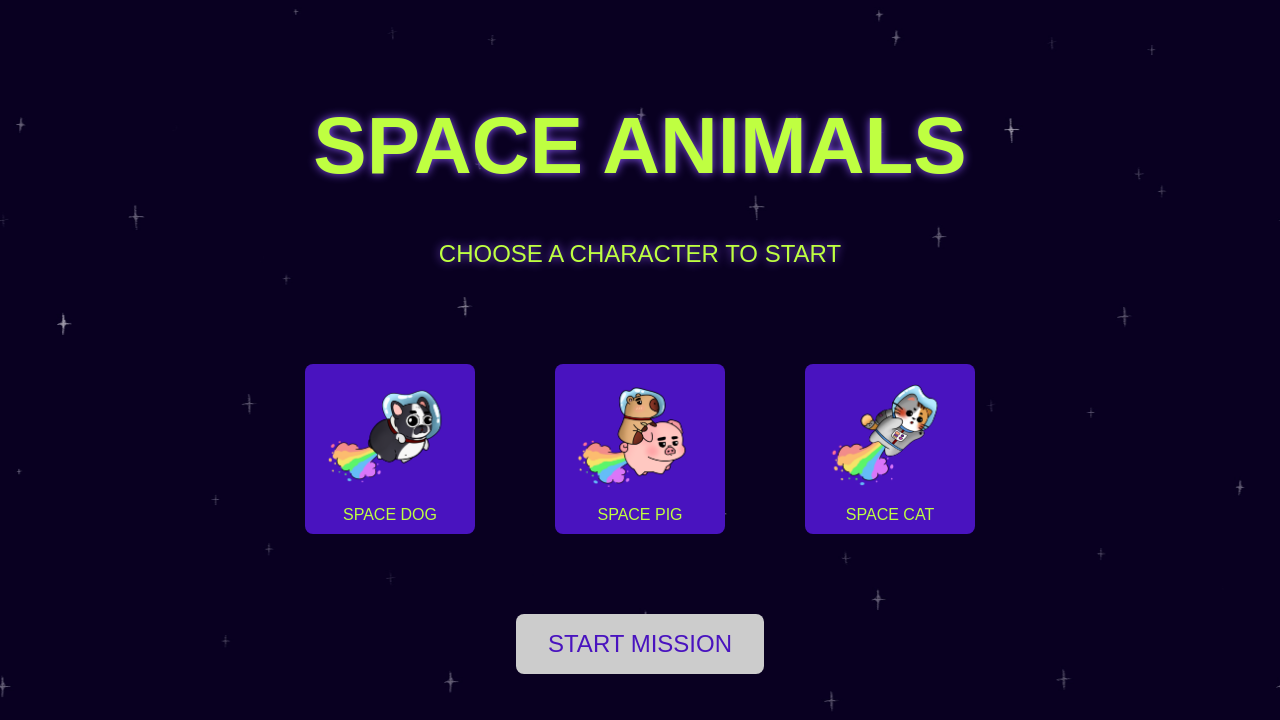
Repository: brunaguarizo/SpaceFarm
Page: index.html
These files come from the project's save history. The page is drawn as it stood at one moment and after the next save; the edit follows.
The browser window is 1280 px wide. The pictures show the whole page.
Some web fonts or font styles are not loaded; a fallback is used.

Above is the page before, as saved 2025-05-04 01:15:38.

### index.html
<!-- all the images in this project are human created and reserved copyrights by the creator, Angie Duong -->
<!DOCTYPE html>
<html lang="en">
    <head>
        <meta charset="UTF-8" />
        <meta
            name="viewport"
            content="width=device-width, initial-scale=1.0"
        />
        <title>Space Adventure</title>
        <link
            rel="stylesheet"
            href="styles.css"
        />

        <link
            rel="preconnect"
            href="https://fonts.googleapis.com"
        />
        <link
            rel="preconnect"
            href="https://fonts.gstatic.com"
            crossorigin
        />
        <link
            href="https://fonts.googleapis.com/css2?family=Ranchers&display=swap"
            rel="stylesheet"
        />
    </head>
    <body>
        <div id="game-container">
            <div class="scrolling-background"></div>
            <!-- ----------------------- Instructions ----------------------- -->
            <div
                id="instructions-container"
                class="instructions-box"
            >
                <h3>HOW TO PLAY</h3>
                <ul>
                    <li>USE THE "UP" ARROW KEY OR "W" TO MOVE UP</li>
                    <li>USE THE "DOWN" ARROW KEY OR "S" TO MOVE DOWN</li>
                    <li>AVOID COLLIDING WITH PLANETS</li>
                    <li>SCORE POINTS BY SURVIVING LONGER</li>
                </ul>
                <button id="close-instructions">GOT IT!</button>
            </div>
            <!-- ----------------------- CHARACTER SELECTION SCREEN ----------------------- -->
            <div id="character-select">
                <h1>SPACE ANIMALS</h1>

                <div class="text">CHOOSE A CHARACTER TO START</div>
                <div class="character-options">
                    <div
                        class="character-option"
                        data-character="astronaut"
                    >
                        <div class="character-img">
                            <img
                                src="img/dog.png"
                                alt="Space Dog"
                            />
                        </div>
                        <div class="character-label">SPACE DOG</div>
                    </div>
                    <div
                        class="character-option"
                        data-character="alien"
                    >
                        <div class="character-img">
                            <img
                                src="img/pig.png"
                                alt="Space Pig"
                            />
                        </div>
                        <div class="character-label">SPACE PIG</div>
                    </div>
                    <div
                        class="character-option"
                        data-character="robot"
                    >
                        <div class="character-img">
                            <img
                                src="img/cat.png"
                                alt="Space Cat"
                            />
                        </div>
                        <div class="character-label">SPACE CAT</div>
                    </div>
                </div>
                <button
                    id="confirm-btn"
                    disabled
                >
                    START MISSION
                </button>
            </div>

            <!-- ----------------------- GAME SCREEN ----------------------- -->

            <div id="game-screen">
                <div id="player"></div>
                <div id="score-container">
                    <div id="score">SCORE: 0</div>
                    <button id="pause-btn">PAUSE</button>
                </div>
            </div>

            <!-- ----------------------- PAUSE SCREEN ----------------------- -->

            <div id="pause-screen">
                <h2>GAME PAUSED</h2>
                <button id="resume-btn">RESUME</button>
            </div>

            <!-- ----------------------- GAME OVER SCREEN ----------------------- -->

            <div id="game-over">
                <h2>GAME OVER</h2>
                <div id="final-score">SCORE: 0</div>
                <button id="restart-btn">PLAY AGAIN</button>
            </div>
        </div>

        <script src="script.js"></script>
    </body>
</html>

### script.js
// Game variables
let selectedCharacter = "";
let score = 0;
let playerElement;
let gameRunning = false;
let isPaused = false;
let playerY;
let asteroids = [];
let gameLoopInterval;
let asteroidInterval;
let gameHeight;
let gameWidth;
let speedMultiplier = 1; // Added speed multiplier
let spawnIntervalMultiplier = 1; // Added spawn interval multiplier
const BASE_SPAWN_INTERVAL = 1500; // Base spawn interval in milliseconds
let backgroundSound = new Audio("./background.wav");

// Character image mapping - using the exact filenames from the img folder
const characterImages = {
    astronaut: "img/dog.png",
    alien: "img/pig.png",
    robot: "img/cat.png",
};

// Planet image options - using the exact filenames from the img folder
const planetImages = [
    "img/planet1.png",
    "img/planet2.png",
    "img/planet3.png",
    "img/planet4.png",
    "img/planet5.png",
    "img/planet6.png",
];

// DOM elements
const characterOptions = document.querySelectorAll(".character-option");
const confirmBtn = document.getElementById("confirm-btn");
const characterSelectScreen = document.getElementById("character-select");
const gameScreen = document.getElementById("game-screen");
const pauseBtn = document.getElementById("pause-btn");
const pauseScreen = document.getElementById("pause-screen");
const resumeBtn = document.getElementById("resume-btn");
const gameOverScreen = document.getElementById("game-over");
const finalScoreDisplay = document.getElementById("final-score");
const restartBtn = document.getElementById("restart-btn");
const scoreDisplay = document.getElementById("score");
const instructionsContainer = document.getElementById("instructions-container");
const closeInstructionsBtn = document.getElementById("close-instructions");

// Initialize the game
function init() {
    console.log("Game initializing...");
    // Hide instructions box initially
    const instructionsContainer = document.getElementById(
        "instructions-container"
    );
    instructionsContainer.style.display = "none"; // Initially hide the instructions box
    // Character selection event listeners
    characterOptions.forEach((option) => {
        option.addEventListener("click", () => {
            console.log("Character option clicked:", option.dataset.character);
            // Remove selected class from all options
            characterOptions.forEach((opt) => opt.classList.remove("selected"));
            // Add selected class to clicked option
            option.classList.add("selected");

            // Store selected character
            selectedCharacter = option.dataset.character;
            // Enable confirm button
            confirmBtn.disabled = false;
            console.log("Selected character:", selectedCharacter);
        });
    });

    // Confirm button event listener
    confirmBtn.addEventListener("click", () => {
        console.log("Start button clicked, showing instructions...");

        // Hide character selection screen
        characterSelectScreen.style.display = "none";

        // Show instructions screen after selecting character
        instructionsContainer.style.display = "block";
    });

    // Instructions Button listener and displays
    closeInstructionsBtn.addEventListener("click", () => {
        instructionsContainer.style.display = "none"; // Hide instructions
        instructionsContainer.style.visibility = "hidden";
        instructionsContainer.style.zIndex = -1;
        // Play background music
        backgroundSound.play().catch((error) => {
            console.error(
                "Background music could not be played automatically:",
                error
            );
        });

        // Show game screen after instructions
        gameScreen.style.display = "block";
        startGame(); // Start the game after closing instructions
    });

    // Pause button event listener
    pauseBtn.addEventListener("click", togglePause);

    // Resume button event listener
    resumeBtn.addEventListener("click", togglePause);

    // Restart button event listener
    restartBtn.addEventListener("click", restartGame);

    // Keyboard event listeners
    document.addEventListener("keydown", handleKeyPress);

    console.log("Game initialized successfully");
}

// Start the game
function startGame() {
    console.log("Starting game with character:", selectedCharacter);

    if (!selectedCharacter) {
        console.error("No character selected!");
        return;
    }

    // Hide character selection screen
    characterSelectScreen.style.display = "none";
    // Show game screen
    gameScreen.style.display = "block";

    // Set up player
    playerElement = document.getElementById("player");
    if (!playerElement) {
        console.error("Player element not found!");
        return;
    }

    const playerImagePath = characterImages[selectedCharacter];
    console.log("Loading player image:", playerImagePath);

    // Create image element with error handling
    const playerImg = document.createElement("img");
    playerImg.src = playerImagePath;
    playerImg.alt = "Player";
    playerImg.onerror = function () {
        console.error("Error loading player image:", playerImagePath);
        // Fallback to text if image fails to load
        playerElement.innerHTML = "Player";
    };
    playerElement.innerHTML = "";
    playerElement.appendChild(playerImg);

    // Initialize variables
    gameHeight = window.innerHeight;
    gameWidth = window.innerWidth;
    score = 0;
    speedMultiplier = 1; // Reset speed multiplier
    spawnIntervalMultiplier = 1; // Reset spawn interval multiplier
    updateScore();
    playerY = gameHeight / 2;
    gameRunning = true;
    isPaused = false;
    asteroids = [];

    // Position player
    updatePlayerPosition();

    // Start game loop
    gameLoopInterval = setInterval(gameLoop, 16); // ~60fps

    // Start spawning planets
    spawnPlanet(); // Spawn first planet immediately
    asteroidInterval = setInterval(spawnPlanet, BASE_SPAWN_INTERVAL);

    console.log("Game started successfully");
}

// Game loop
function gameLoop() {
    if (!gameRunning || isPaused) return;

    // Move planets
    movePlanets();

    // Check collisions
    checkCollisions();
}

// Handle keyboard input
function handleKeyPress(e) {
    if (!gameRunning || isPaused) return;

    const moveDistance = 60; // Increased for even faster movement

    if (e.key === "ArrowUp" || e.key === "w") {
        // Move up
        playerY = Math.max(125, playerY - moveDistance);
        updatePlayerPosition();
    } else if (e.key === "ArrowDown" || e.key === "s") {
        // Move down
        playerY = Math.min(gameHeight - 125, playerY + moveDistance);
        updatePlayerPosition();
    }
}

// Update player position on screen
function updatePlayerPosition() {
    playerElement.style.left = `${gameWidth * 0.1}px`;
    playerElement.style.top = `${playerY}px`;
}

// Spawn a new planet
function spawnPlanet() {
    if (!gameRunning || isPaused) return;

    // Create planet element
    const planet = document.createElement("div");
    planet.classList.add("asteroid"); // Keep the same class for styling

    // Set random planet type
    const planetType =
        planetImages[Math.floor(Math.random() * planetImages.length)];
    console.log("Loading planet image:", planetType);

    // Create image element with error handling
    const planetImg = document.createElement("img");
    planetImg.src = planetType;
    planetImg.alt = "Planet";
    planetImg.onerror = function () {
        console.error("Error loading planet image:", planetType);
        // Fallback to text if image fails to load
        planet.innerHTML = "Planet";
    };
    planet.appendChild(planetImg);

    // Set random position (y-axis)
    const planetY = Math.random() * (gameHeight - 100) + 50;

    // Set planet properties
    planet.style.left = `${gameWidth}px`;
    planet.style.top = `${planetY}px`;

    // Add to game screen
    gameScreen.appendChild(planet);

    // Calculate base speed and apply multiplier
    const baseSpeed = Math.random() * 2 + 3; // Base speed between 3-5
    const finalSpeed = baseSpeed * speedMultiplier;

    // Add to asteroids array
    asteroids.push({
        element: planet,
        x: gameWidth,
        y: planetY,
        speed: finalSpeed,
        passed: false,
    });
}

// Move all planets
function movePlanets() {
    for (let i = asteroids.length - 1; i >= 0; i--) {
        // Exit if game is no longer running (e.g., after collision)
        if (!gameRunning || isPaused) return;

        const planet = asteroids[i];

        // Move planet
        planet.x -= planet.speed;
        planet.element.style.left = `${planet.x}px`;

        // Check if planet passed the player
        if (!planet.passed && planet.x < 100) {
            planet.passed = true;
            score += 10;
            updateScore();
        }

        // Remove planet if it's off-screen
        if (planet.x < -50) {
            gameScreen.removeChild(planet.element);
            asteroids.splice(i, 1);
        }
    }
}

// Check for collisions
function checkCollisions() {
    const playerRect = {
        x: gameWidth * 0.2 + 30, // Reduced left offset for more overlap
        y: playerY - 20, // Reduced top offset for more overlap
        width: 80, // Reduced width for more accurate collision
        height: 80, // Reduced height for more accurate collision
    };

    for (const planet of asteroids) {
        const planetRect = {
            x: planet.x + 10, // Added offset to allow more overlap
            y: planet.y - 20, // Reduced top offset for more overlap
            width: 40, // Reduced width for more accurate collision
            height: 40, // Reduced height for more accurate collision
        };

        // Check if player and planet rectangles intersect
        if (
            playerRect.x < planetRect.x + planetRect.width &&
            playerRect.x + playerRect.width > planetRect.x &&
            playerRect.y < planetRect.y + planetRect.height &&
            playerRect.y + playerRect.height > planetRect.y
        ) {
            // Collision detected
            gameOver();
            return;
        }
    }
}

// Update score display
function updateScore() {
    scoreDisplay.textContent = `Score: ${score}`;
    // Increase speed multiplier based on score
    speedMultiplier = 1 + score * 0.01;
    // Decrease spawn interval multiplier based on score
    spawnIntervalMultiplier = Math.max(0.3, 1 - score * 0.005); // Minimum interval multiplier of 0.3

    // Update the spawn interval if the game is running
    if (gameRunning && !isPaused) {
        clearInterval(asteroidInterval);
        const newInterval = BASE_SPAWN_INTERVAL * spawnIntervalMultiplier;
        asteroidInterval = setInterval(spawnPlanet, newInterval);
    }
}

// Toggle pause state
function togglePause() {
    isPaused = !isPaused;

    if (isPaused) {
        pauseScreen.style.display = "flex";
        clearInterval(asteroidInterval);
    } else {
        pauseScreen.style.display = "none";
        // Resume with current spawn interval
        asteroidInterval = setInterval(
            spawnPlanet,
            BASE_SPAWN_INTERVAL * spawnIntervalMultiplier
        );
    }
}

// Game over
function gameOver() {
    gameRunning = false;

    // Clear intervals
    clearInterval(gameLoopInterval);
    clearInterval(asteroidInterval);

    // Remove all planets
    asteroids.forEach((planet) => {
        gameScreen.removeChild(planet.element);
    });
    asteroids = [];

    // Update final score
    finalScoreDisplay.textContent = `Final Score: ${score}`;

    // Show game over screen
    gameOverScreen.style.display = "flex";
}

// Restart game
function restartGame() {
    // Clear intervals
    clearInterval(gameLoopInterval);
    clearInterval(asteroidInterval);

    // Clear planets
    asteroids.forEach((planet) => {
        if (planet.element.parentNode) {
            planet.element.parentNode.removeChild(planet.element);
        }
    });
    asteroids = [];

    // Reset game state variables
    score = 0;
    gameRunning = false;
    isPaused = false;
    speedMultiplier = 1;
    spawnIntervalMultiplier = 1;
    playerY = gameHeight / 2;

    // Update score display
    updateScore();

    // Hide game over screen
    gameOverScreen.style.display = "none";

    // Reset instructions screen
    instructionsContainer.style.display = "none";
    instructionsContainer.style.visibility = "visible";
    instructionsContainer.style.zIndex = 10;

    // Go back to character selection
    gameScreen.style.display = "none";
    characterSelectScreen.style.display = "flex";

    // Reset character selection and reload images
    characterOptions.forEach((opt) => {
        opt.classList.remove("selected");
        // Reload character images
        const img = opt.querySelector("img");
        if (img) {
            img.src = img.src; // This forces the image to reload
        }
    });
    confirmBtn.disabled = true;
    selectedCharacter = "";

    // Clear player element
    if (playerElement) {
        playerElement.innerHTML = "";
    }
}

// Initialize the game when the page loads
window.addEventListener("load", init);

Loaded but not shown: styles.css (411 lines, source omitted)

After the next save:
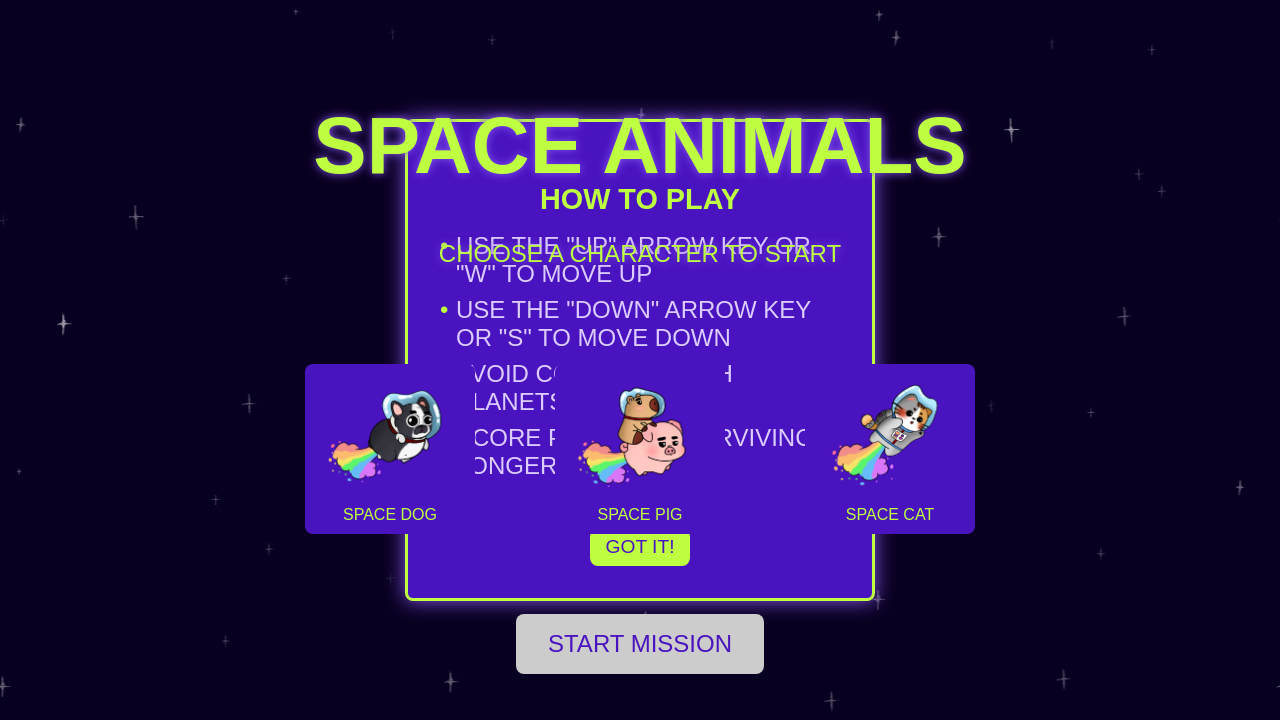
Console error: SyntaxError: Invalid or unexpected token
Saved 4 s later.
--- a/script.js
+++ b/script.js
@@ -87,7 +87,8 @@
     closeInstructionsBtn.addEventListener("click", () => {
         instructionsContainer.style.display = "none"; // Hide instructions
         instructionsContainer.style.visibility = "hidden";
-        instructionsContainer.style.zIndex = -1;
+        instructionsContainer.style.zIndex = -1;\
+
         // Play background music
         backgroundSound.play().catch((error) => {
             console.error(

After the save that followed:
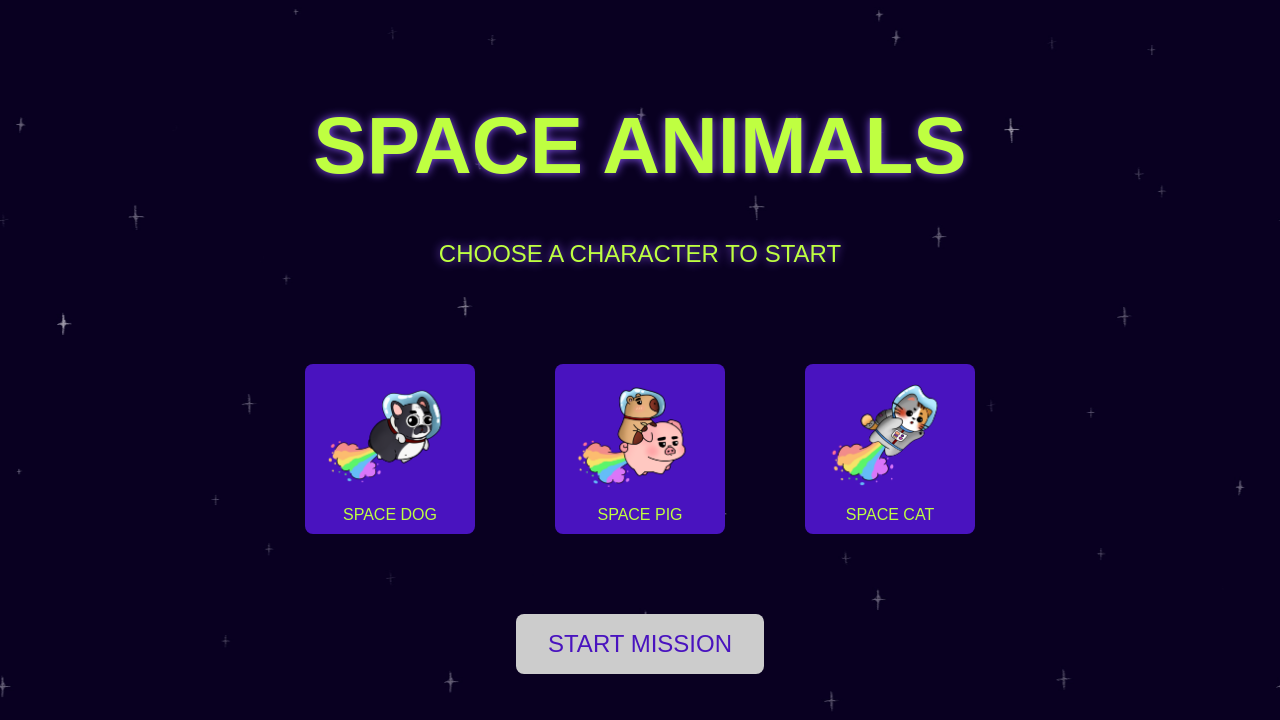
The error is gone.
Saved 9 s later.
--- a/script.js
+++ b/script.js
@@ -87,7 +87,7 @@
     closeInstructionsBtn.addEventListener("click", () => {
         instructionsContainer.style.display = "none"; // Hide instructions
         instructionsContainer.style.visibility = "hidden";
-        instructionsContainer.style.zIndex = -1;\
+        instructionsContainer.style.zIndex = -1;
 
         // Play background music
         backgroundSound.play().catch((error) => {
